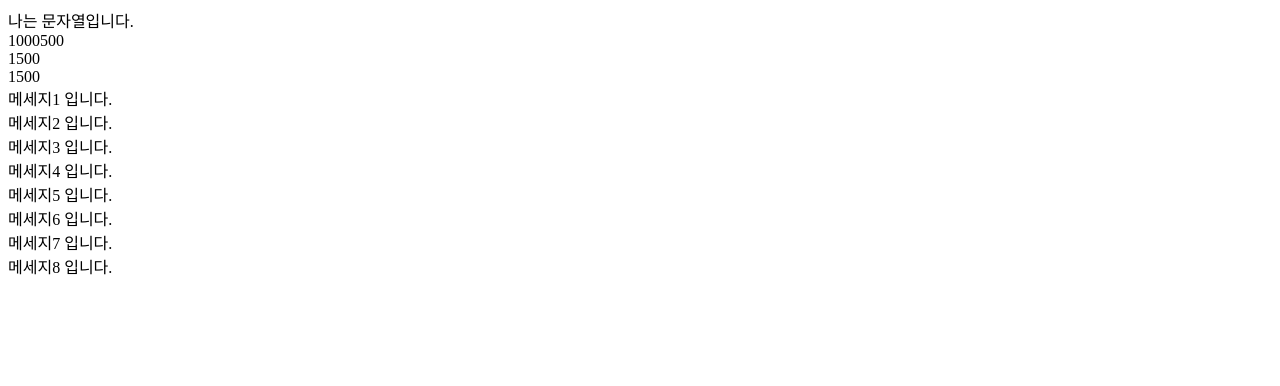
Repository: mjh1583/Hustar03_eGov
Page: http://localhost/JavaScript/js001.jsp
These files come from the project's save history. The page is drawn as it stood at one moment and after the next save; the edit follows.
The browser window is 1280 px wide. The pictures show the whole page.
The page is served by Tomcat 9.

Above is the page before, as saved 2021-05-06 03:13:20.

### workspace/JavaScript/src/main/webapp/js001.jsp
<%@ page language="java" contentType="text/html; charset=UTF-8"
    pageEncoding="UTF-8"%>
<!DOCTYPE html>
<html>
<head>
	<meta charset="UTF-8">
	<title>Insert title here</title>
</head>
<body>
	<script type="text/javascript">
		var string = "나는 문자열입니다.";

		document.write(string);

		var number1 = "1000";
		var number2 = 500;

		document.write("<br/>");
		document.write(number1 + number2);
		document.write("<br/>");
		document.write(parseInt(number1) + number2);

		var number1 = 1000;
		var number2 = 500;

		document.write("<br/>");
		document.write(number1 + number2);

		var arr1 = new Array("1", "2", "3");

		var arr2 = new Array();
		arr2[0] = "1";
		arr2[1] = "2";
		arr2[2] = "3";

		console.log(number1);
		console.log(arr1);

		function fn_br() {
			document.write("<br/>");
		}

		function fn_message(msg1, msg2) {
			fn_br();
			document.write(msg1);

			document.write("<br/>");
			document.write(msg2);
		}

		fn_message("메세지1 입니다.", "메세지2 입니다.");
		fn_message("메세지3 입니다.", "메세지4 입니다.");
		fn_message("메세지5 입니다.", "메세지6 입니다.");
		fn_message("메세지7 입니다.", "메세지8 입니다.");
	</script>
</body>
</html>

After the next save:
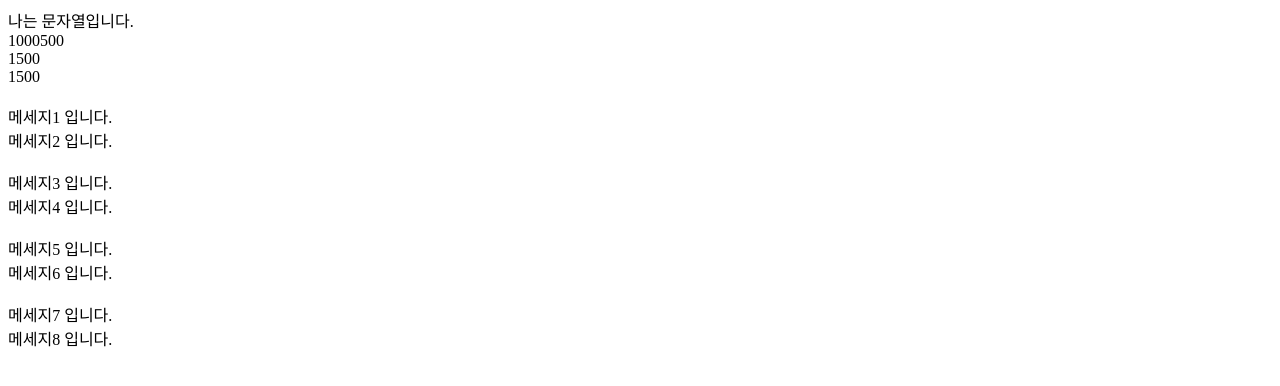
Saved 10 s later.
--- a/workspace/JavaScript/src/main/webapp/js001.jsp
+++ b/workspace/JavaScript/src/main/webapp/js001.jsp
@@ -42,6 +42,7 @@
 
 		function fn_message(msg1, msg2) {
 			fn_br();
+			fn_br();
 			document.write(msg1);
 
 			document.write("<br/>");
